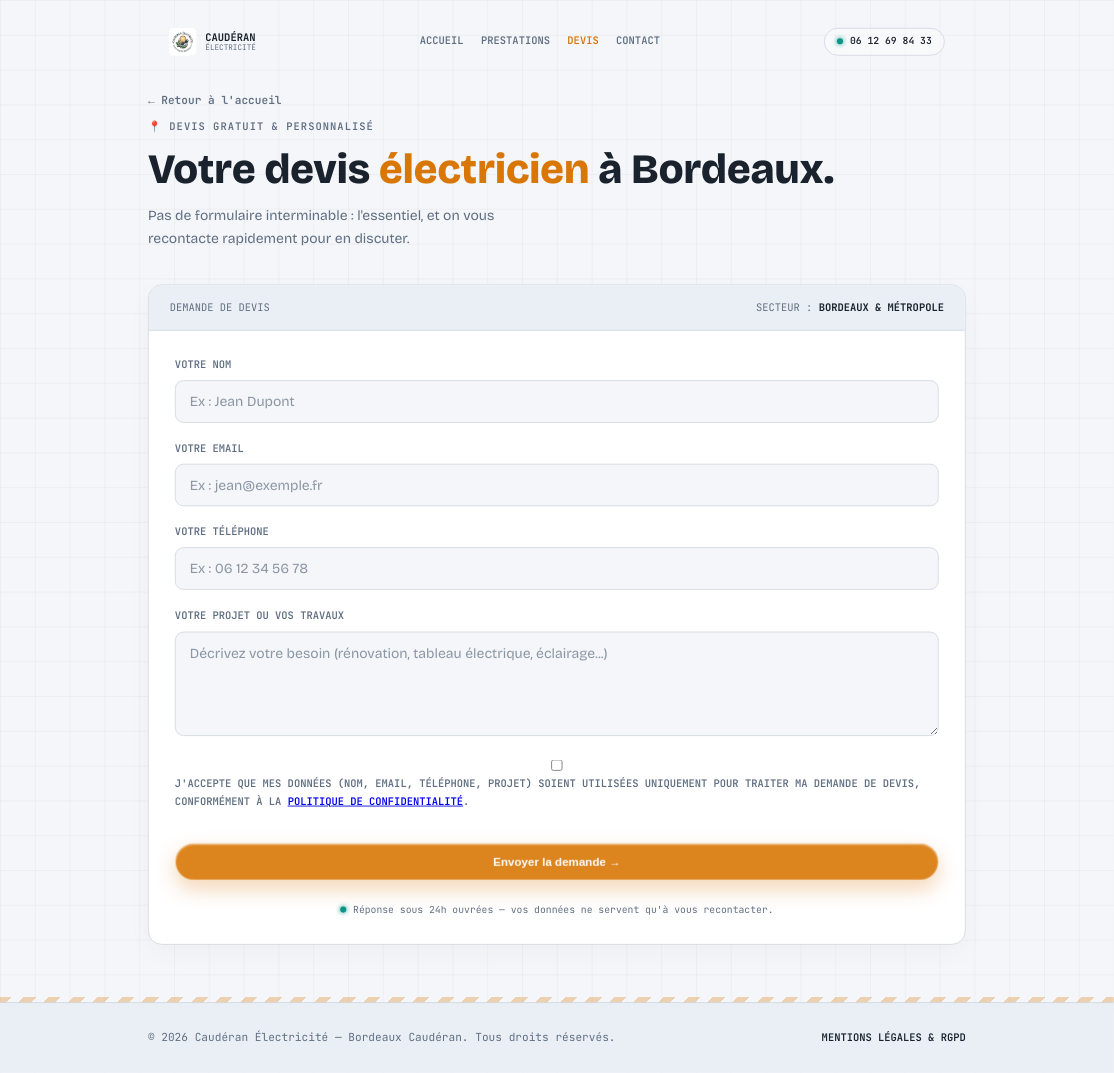
Repository: cauderanelectricite/cauderanelectricite.github.io
Page: devis.html
The author's editor kept a copy of each file at every save. The page is drawn from the files as they stood at one save, then again after the next save.
The browser window is 1280 px wide. The pictures show the whole page, at 87% of full size.

Above is the page before, as saved 2026-09-29 20:44:25.

### devis.html
<!DOCTYPE html>
<html lang="fr">
<head>
  <meta charset="UTF-8" />
  <meta name="viewport" content="width=device-width, initial-scale=1.0" />
  <link rel="stylesheet" href="style.css" />
  <title>Devis électricien gratuit à Bordeaux – Caudéran Électricité</title>
  <meta name="description" content="Demandez votre devis gratuit pour vos travaux électriques à Bordeaux : rénovation, tableau électrique, éclairage. Réponse rapide, sans engagement.">
  <link rel="canonical" href="https://cauderan-electricite.fr/devis.html">
  <meta name="robots" content="index, follow">
  <meta name="theme-color" content="#F4F6F9">

  <meta property="og:type" content="website">
  <meta property="og:locale" content="fr_FR">
  <meta property="og:site_name" content="Caudéran Électricité">
  <meta property="og:title" content="Devis électricien gratuit à Bordeaux – Caudéran Électricité">
  <meta property="og:description" content="Décrivez votre projet électrique, on vous recontacte rapidement. Devis gratuit et sans engagement.">
  <meta property="og:url" content="https://cauderan-electricite.fr/devis.html">
  <meta property="og:image" content="https://cauderan-electricite.fr/logo.png">
  <meta name="twitter:card" content="summary">

  <link rel="icon" type="image/png" href="logo.png">

  <link rel="preconnect" href="https://fonts.googleapis.com">
  <link rel="preconnect" href="https://fonts.gstatic.com" crossorigin>
  <link href="https://fonts.googleapis.com/css2?family=Bricolage+Grotesque:opsz,wght@12..96,400;12..96,600;12..96,700;12..96,800&family=JetBrains+Mono:wght@400;600;700&display=swap" rel="stylesheet">
</head>
<body>

  <header>
    <div class="nav-container">
      <a class="brand" href="index.html">
        <img src="logo.png" alt="Logo Caudéran Électricité" width="32" height="32">
        <span class="brand-name">Caudéran<small>Électricité</small></span>
      </a>
      <nav aria-label="Navigation principale">
        <a href="index.html">Accueil</a>
        <a href="index.html#services">Prestations</a>
        <a href="devis.html" aria-current="page">Devis</a>
        <a href="contact.html">Contact</a>
      </nav>
      <a class="header-cta" href="tel:+33612698433"><span class="led"></span>06 12 69 84 33</a>
    </div>
  </header>

  <main>
    <a href="index.html" class="back-link">← Retour à l'accueil</a>

    <section class="page-head">
      <p class="kicker">📍 Devis gratuit &amp; personnalisé</p>
      <h1>Votre devis <span class="amber">électricien</span> à Bordeaux.</h1>
      <p>Pas de formulaire interminable : l'essentiel, et on vous recontacte rapidement pour en discuter.</p>
    </section>

  <form class="workorder" action="https://api.web3forms.com/submit" method="POST">
  <div class="wo-head">
    <span>Demande de devis</span>
    <span>Secteur : <b>Bordeaux &amp; Métropole</b></span>
  </div>
  <div class="wo-body">
    <input type="hidden" name="access_key" value="96f66776-382f-4ce0-8e90-f4bc872c67bc">
    <input type="hidden" name="subject" value="Nouvelle demande de devis — site Caudéran Électricité">
    <input type="hidden" name="from_name" value="Site Caudéran Électricité">
    <input type="hidden" name="redirect" value="https://cauderan-electricite.fr/merci.html">
    <!-- Honeypot anti-spam (ne pas remplir) -->
    <input type="checkbox" name="botcheck" class="hidden" tabindex="-1">

    <div>
      <label for="name">Votre nom</label>
      <input type="text" id="name" name="name" placeholder="Ex : Jean Dupont" autocomplete="name" required>
    </div>

    <div>
      <label for="email">Votre email</label>
      <input type="email" id="email" name="email" placeholder="Ex : jean@exemple.fr" autocomplete="email" required>
    </div>

    <div>
      <label for="phone">Votre téléphone</label>
      <input type="tel" id="phone" name="phone" placeholder="Ex : 06 12 34 56 78" autocomplete="tel" required>
    </div>

    <div>
      <label for="message">Votre projet ou vos travaux</label>
      <textarea id="message" name="message" placeholder="Décrivez votre besoin (rénovation, tableau électrique, éclairage...)" required></textarea>
    </div>

    <div class="consent">
      <label for="consent-rgpd">
        <input type="checkbox" id="consent-rgpd" name="consentement_rgpd" value="oui" required>
        <span>J'accepte que mes données (nom, email, téléphone, projet) soient utilisées uniquement pour traiter ma demande de devis, conformément à la <a href="mentions-legales.html#rgpd">politique de confidentialité</a>.</span>
      </label>
    </div>

    <button type="submit" class="btn">Envoyer la demande →</button>

    <p class="wo-note"><span class="led"></span> Réponse sous 24h ouvrées — vos données ne servent qu'à vous recontacter.</p>
  </div>
</form>
  </main>

  <div class="hazard" aria-hidden="true"></div>
<!-- Footer -->
<footer>
  <div class="foot-inner">
    <span class="foot-copy">© <span id="year">2025</span> Caudéran Électricité — Bordeaux Caudéran. Tous droits réservés.</span>
    <nav class="foot-nav" aria-label="Liens légaux">
      <a href="mentions-legales.html">Mentions légales &amp; RGPD</a>
    </nav>
  </div>
</footer>

<script>
  document.getElementById('year').textContent = new Date().getFullYear();
</script>

</body>
</html>

### style.css
/* ============================================================
   CAUDÉRAN ÉLECTRICITÉ — Feuille de style unique (toutes pages)
   ============================================================ */

:root {
  --bg: #F4F6F9;
  --panel: #FFFFFF;
  --panel-2: #EAEFF5;
  --line: #D1D9E2;
  --txt: #1A222D;
  --txt-2: #606F82;
  --amber: #D97706;
  --amber-deep: #B45309;
  --amber-soft: rgba(217, 119, 6, .1);
  --teal: #0D9488;
  --font: 'Bricolage Grotesque', sans-serif;
  --mono: 'JetBrains Mono', monospace;
}

*, *::before, *::after {
  margin: 0; padding: 0; box-sizing: border-box;
}

html {
  scroll-behavior: smooth;
  scroll-padding-top: 110px; /* évite que le header sticky cache les ancres */
}

@media (prefers-reduced-motion: reduce) {
  html { scroll-behavior: auto; }
  *, *::before, *::after {
    transition: none !important;
    animation: none !important;
  }
}

body {
  background-color: var(--bg);
  color: var(--txt);
  font-family: var(--font);
  line-height: 1.6;
  min-height: 100vh;
  display: flex;
  flex-direction: column;
  background-size: 40px 40px;
  background-image:
    linear-gradient(to right, rgba(0, 0, 0, 0.03) 1px, transparent 1px),
    linear-gradient(to bottom, rgba(0, 0, 0, 0.03) 1px, transparent 1px);
}

:focus-visible {
  outline: 2px solid var(--amber);
  outline-offset: 3px;
  border-radius: 4px;
}

.amber { color: var(--amber); }

/* ---------- Utilitaire Liquid Glass ---------- */
.liquid-glass {
  background: rgba(255, 255, 255, 0.45);
  backdrop-filter: blur(25px) saturate(180%);
  -webkit-backdrop-filter: blur(25px) saturate(180%);
  border: 1px solid rgba(255, 255, 255, 0.7);
  border-top-color: rgba(255, 255, 255, 0.9);
  box-shadow:
    0 15px 35px rgba(0, 0, 0, 0.06),
    inset 0 1px 2px rgba(255, 255, 255, 0.8),
    inset 0 -2px 6px rgba(0, 0, 0, 0.03);
  transition: all 0.3s cubic-bezier(0.16, 1, 0.3, 1);
}

.liquid-glass:hover {
  background: rgba(255, 255, 255, 0.65);
  border-color: rgba(255, 255, 255, 1);
  box-shadow:
    0 20px 40px rgba(0, 0, 0, 0.08),
    inset 0 1px 3px rgba(255, 255, 255, 1),
    inset 0 -2px 8px rgba(0, 0, 0, 0.04);
}

/* ---------- Header flottant ---------- */
header {
  position: sticky;
  top: 20px;
  z-index: 50;
  width: 100%;
  max-width: 1000px;
  margin: 20px auto 0 auto;
  padding: 0 30px;
}

.nav-container {
  display: flex;
  align-items: center;
  justify-content: space-between;
  gap: 20px;
  padding: 12px 24px;
  border-radius: 999px;
}

.brand {
  display: flex;
  align-items: center;
  gap: 10px;
  text-decoration: none;
  color: var(--txt);
  flex-shrink: 0;
}

.brand img {
  width: 32px;
  height: 32px;
  object-fit: contain;
  background: var(--panel); /* typo --pannel corrigée */
  border-radius: 6px;
  padding: 3px;
}

.brand-name {
  font-family: var(--mono);
  font-size: 0.75rem;
  font-weight: 700;
  text-transform: uppercase;
  line-height: 1.2;
}

.brand-name small {
  display: block;
  color: var(--txt-2);
  font-size: 0.55rem;
  font-weight: 400;
}

nav {
  display: flex;
  gap: 20px;
}

nav a {
  font-family: var(--mono);
  font-size: 0.75rem;
  font-weight: 600;
  text-transform: uppercase;
  color: var(--txt-2);
  text-decoration: none;
  transition: color 0.2s;
}

nav a:hover { color: var(--txt); }
nav a[aria-current="page"] { color: var(--amber); }

.header-cta {
  display: flex;
  align-items: center;
  gap: 8px;
  font-family: var(--mono);
  font-size: 0.7rem;
  font-weight: 600;
  color: var(--txt);
  text-decoration: none;
  border: 1px solid var(--line);
  border-radius: 999px;
  padding: 6px 14px;
  background: rgba(255, 255, 255, 0.4);
  transition: all 0.2s;
  flex-shrink: 0;
}

.header-cta:hover {
  border-color: var(--amber);
  background: var(--amber-soft);
}

.led {
  width: 7px;
  height: 7px;
  border-radius: 50%;
  background: var(--teal);
  box-shadow: 0 0 6px var(--teal);
}

/* ---------- Boutons ---------- */
.btn {
  display: inline-flex;
  align-items: center;
  justify-content: center;
  gap: 8px;
  padding: 13px 24px;
  border-radius: 999px;
  border: 1px solid rgba(255, 255, 255, 0.6);
  background: rgba(217, 119, 6, 0.9); /* amber unifié avec --amber */
  color: #fff;
  font-weight: 700;
  text-decoration: none;
  backdrop-filter: blur(15px) saturate(180%);
  -webkit-backdrop-filter: blur(15px) saturate(180%);
  box-shadow:
    0 10px 25px rgba(217, 119, 6, 0.3),
    inset 0 1px 2px rgba(255, 255, 255, 0.5);
  transition: all 0.3s cubic-bezier(0.16, 1, 0.3, 1);
  cursor: pointer;
}

.btn:hover {
  background: var(--amber-deep);
  transform: translateY(-2px);
  box-shadow:
    0 15px 30px rgba(217, 119, 6, 0.4),
    inset 0 1px 3px rgba(255, 255, 255, 0.8);
}

.btn-ghost {
  display: inline-flex;
  align-items: center;
  justify-content: center;
  gap: 8px;
  padding: 13px 22px;
  border-radius: 999px;
  background: rgba(255, 255, 255, 0.4);
  border: 1px solid rgba(255, 255, 255, 0.7);
  color: var(--txt);
  font-family: var(--mono);
  font-size: 0.85rem;
  font-weight: 600;
  text-decoration: none;
  backdrop-filter: blur(20px) saturate(180%);
  -webkit-backdrop-filter: blur(20px) saturate(180%);
  transition: all 0.3s cubic-bezier(0.16, 1, 0.3, 1);
}

.btn-ghost:hover {
  background: rgba(255, 255, 255, 0.65);
  border-color: rgba(255, 255, 255, 1);
  transform: translateY(-2px);
}

/* ---------- Structure générale ---------- */
main {
  width: 100%;
  max-width: 1000px;
  margin: 0 auto;
  flex: 1;
  padding: 0 30px;
}

.section { padding: 60px 0; }

.section h2 {
  font-size: clamp(2rem, 4vw, 2.5rem);
  font-weight: 800;
  line-height: 1.1;
  margin-bottom: 10px;
}

.section-lead {
  color: var(--txt-2);
  margin-bottom: 30px;
  max-width: 50ch;
}

.kicker {
  font-family: var(--mono);
  font-size: 0.75rem;
  font-weight: 600;
  letter-spacing: 0.1em;
  text-transform: uppercase;
  color: var(--amber);
  margin-bottom: 12px;
}

/* ---------- Hero ---------- */
.hero {
  display: grid;
  grid-template-columns: 1.3fr 0.9fr;
  gap: 40px;
  align-items: center;
  padding: 60px 0;
}

.hero h1 {
  font-size: clamp(2.3rem, 4.5vw, 3.8rem);
  font-weight: 800;
  line-height: 1.1;
}

.hero-sub {
  margin: 20px 0 30px;
  color: var(--txt-2);
  font-size: 1.05rem;
  max-width: 45ch;
}

.hero-actions {
  display: flex;
  gap: 14px;
  flex-wrap: wrap;
}

/* Fiche spec */
.spec {
  border-radius: 16px;
  padding: 8px 22px;
  font-family: var(--mono);
  /* pas de background ici : .liquid-glass s'en charge */
}

.spec-row {
  display: flex;
  justify-content: space-between;
  align-items: center;
  padding: 14px 0;
  border-bottom: 1px dashed var(--line);
  font-size: 0.8rem;
}

.spec-row:last-child { border-bottom: none; }
.spec-row span { color: var(--txt-2); }
.spec-row strong { font-weight: 600; }

/* ---------- Services (cartes) ---------- */
.services {
  list-style: none;
  display: grid;
  gap: 16px;
}

.service-card-link {
  display: flex;
  justify-content: space-between;
  align-items: center;
  gap: 20px;
  padding: 24px 28px;
  border-radius: 20px;
  text-decoration: none;
  color: inherit;
}

.service-card-link:hover { transform: translateY(-2px); }

.service-number {
  display: block;
  font-family: var(--mono);
  font-size: 0.75rem;
  font-weight: 700;
  color: var(--amber);
  letter-spacing: 0.1em;
  margin-bottom: 8px;
}

.services h3 {
  font-size: 1.2rem;
  margin-bottom: 6px;
}

.services p {
  color: var(--txt-2);
  font-size: 0.92rem;
  max-width: 60ch;
}

.arrow {
  font-size: 1.2rem;
  color: var(--txt-2);
  transition: transform 0.2s, color 0.2s;
  flex-shrink: 0;
}

.service-card-link:hover .arrow {
  transform: translateX(6px);
  color: var(--amber);
}

/* ---------- À propos ---------- */
.about {
  display: grid;
  grid-template-columns: 0.9fr 1.1fr;
  gap: 40px;
  align-items: center;
}

.portrait {
  width: 100%;
  max-width: 380px;
  aspect-ratio: 4 / 5;
  border-radius: 20px;
  overflow: hidden;
  margin: 0 auto;
}

.portrait img {
  width: 100%;
  height: 100%;
  object-fit: cover;
  display: block;
}

.about-copy p {
  color: var(--txt-2);
  margin-bottom: 14px;
  max-width: 55ch;
}

/* ---------- Réalisations ---------- */
.project-grid {
  display: grid;
  grid-template-columns: repeat(3, 1fr);
  gap: 20px;
}

.project-card {
  border-radius: 20px;
  overflow: hidden;
}

.project-card:hover { transform: translateY(-3px); }

.project-image {
  position: relative;
  aspect-ratio: 4 / 3;
}

.project-image img {
  width: 100%;
  height: 100%;
  object-fit: cover;
  display: block;
}

.demo-badge {
  position: absolute;
  top: 12px;
  left: 12px;
  font-family: var(--mono);
  font-size: 0.65rem;
  font-weight: 600;
  text-transform: uppercase;
  letter-spacing: 0.05em;
  background: rgba(26, 34, 45, 0.8);
  color: #fff;
  padding: 5px 10px;
  border-radius: 999px;
  backdrop-filter: blur(8px);
  -webkit-backdrop-filter: blur(8px);
}

.project-content { padding: 20px; }

.project-category {
  font-family: var(--mono);
  font-size: 0.7rem;
  font-weight: 600;
  text-transform: uppercase;
  letter-spacing: 0.08em;
  color: var(--amber);
}

.project-content h3 {
  margin: 8px 0 6px;
  font-size: 1.15rem;
}

.project-content p {
  color: var(--txt-2);
  font-size: 0.9rem;
}

/* ---------- Avis clients ---------- */
.testimonial-grid {
  display: grid;
  grid-template-columns: repeat(3, 1fr);
  gap: 20px;
}

.testimonial {
  border-radius: 20px;
  padding: 24px;
}

.stars {
  color: var(--amber);
  letter-spacing: 3px;
  margin-bottom: 12px;
}

.testimonial blockquote {
  font-size: 0.95rem;
}

.testimonial cite {
  display: block;
  margin-top: 14px;
  font-style: normal;
  font-family: var(--mono);
  font-size: 0.75rem;
  color: var(--txt-2);
}

/* ---------- Zone d'intervention ---------- */
.area {
  display: grid;
  grid-template-columns: 1.2fr 0.8fr;
  gap: 40px;
  align-items: center;
}

.area-copy p {
  color: var(--txt-2);
  max-width: 45ch;
}

.area-list {
  display: flex;
  flex-wrap: wrap;
  gap: 10px;
  margin-top: 20px;
}

.area-list span {
  font-family: var(--mono);
  font-size: 0.75rem;
  font-weight: 600;
  border: 1px solid var(--line);
  background: var(--panel);
  padding: 8px 14px;
  border-radius: 999px;
}

.map-placeholder {
  aspect-ratio: 1;
  width: min(100%, 320px);
  margin: 0 auto;
  border-radius: 24px;
  display: flex;
  flex-direction: column;
  align-items: center;
  justify-content: center;
  gap: 6px;
  text-align: center;
  font-size: 2rem;
}

.map-placeholder strong { font-size: 1rem; }

.map-placeholder small {
  font-family: var(--mono);
  font-size: 0.7rem;
  color: var(--txt-2);
  text-transform: uppercase;
}

/* ---------- CTA finale (verre fumé lisible) ---------- */
.cta.liquid-glass {
  border-radius: 24px;
  padding: 44px;
  margin: 20px 0 60px;
  display: flex;
  justify-content: space-between;
  align-items: center;
  gap: 24px;
  flex-wrap: wrap;
  background: rgba(26, 34, 45, 0.88);
  border-color: rgba(255, 255, 255, 0.25);
  border-top-color: rgba(255, 255, 255, 0.35);
  color: #fff;
}

.cta.liquid-glass:hover {
  background: rgba(26, 34, 45, 0.92);
  border-color: rgba(255, 255, 255, 0.35);
}

.cta .kicker { color: #FBBF24; }

.cta h2 {
  font-size: 1.8rem;
  font-weight: 800;
  line-height: 1.1;
}

.cta p {
  margin-top: 8px;
  color: rgba(255, 255, 255, 0.85);
  max-width: 45ch;
}

.cta .btn {
  background: var(--amber);
}

.cta .btn:hover {
  background: var(--amber-deep);
}

.cta .btn-ghost {
  background: rgba(255, 255, 255, 0.08);
  border-color: rgba(255, 255, 255, 0.3);
  color: #fff;
}

.cta .btn-ghost:hover {
  background: rgba(255, 255, 255, 0.18);
  border-color: rgba(255, 255, 255, 0.5);
}

.cta-actions {
  display: flex;
  gap: 14px;
  flex-wrap: wrap;
}

/* ---------- Bande hazard & Footer ---------- */
.hazard {
  height: 6px;
  background: repeating-linear-gradient(-45deg, var(--amber) 0 10px, transparent 10px 20px);
  opacity: 0.3;
}

footer {
  background: var(--panel-2);
  border-top: 1px solid var(--line);
}

.foot-inner {
  max-width: 1000px;
  margin: 0 auto;
  padding: 30px;
  display: flex;
  justify-content: space-between;
  align-items: center;
  gap: 20px;
  flex-wrap: wrap;
}

.foot-copy {
  font-family: var(--mono);
  font-size: 0.8rem;
  color: var(--txt-2);
}

.foot-nav {
  display: flex;
  gap: 15px;
}

.foot-nav a {
  font-family: var(--mono);
  font-size: 0.75rem;
  color: var(--txt);
  text-decoration: none;
  text-transform: uppercase;
  transition: color 0.2s;
}

.foot-nav a:hover { color: var(--amber); }

/* ============================================================
   PAGE DEVIS — Formulaire "Bon d'intervention"
   ============================================================ */

.back-link {
  background: none;
  border: none;
  font-family: var(--mono);
  font-size: 0.8rem;
  font-weight: 600;
  color: var(--txt-2);
  cursor: pointer;
  margin: 30px 0 10px 0;
  display: inline-block;
  transition: color 0.2s;
  text-decoration: none;
}

.back-link:hover { color: var(--amber); }

.page-head { margin-bottom: 40px; }

.page-head h1 {
  font-size: clamp(2rem, 4vw, 3rem);
  font-weight: 800;
  line-height: 1.1;
  margin: 10px 0 15px 0;
}

.page-head p {
  color: var(--txt-2);
  max-width: 45ch;
}

.workorder {
  background: var(--panel);
  border: 1px solid var(--line);
  border-radius: 16px;
  overflow: hidden;
  box-shadow: 0 10px 30px rgba(0, 0, 0, 0.03);
  margin-bottom: 60px;
}

.wo-head {
  background: var(--panel-2);
  border-bottom: 1px solid var(--line);
  padding: 16px 24px;
  display: flex;
  justify-content: space-between;
  align-items: center;
  font-family: var(--mono);
  font-size: 0.75rem;
  color: var(--txt-2);
  text-transform: uppercase;
}

.wo-head b { color: var(--txt); }

.wo-body {
  padding: 30px;
  display: flex;
  flex-direction: column;
  gap: 20px;
}

.wo-body label {
  display: block;
  font-family: var(--mono);
  font-size: 0.75rem;
  font-weight: 600;
  color: var(--txt-2);
  margin-bottom: 8px;
  text-transform: uppercase;
}

.wo-body input,
.wo-body textarea {
  width: 100%;
  padding: 14px 16px;
  background: var(--bg);
  border: 1px solid var(--line);
  border-radius: 10px;
  font-family: var(--font);
  font-size: 1rem;
  color: var(--txt);
  outline: none;
  transition: border-color 0.2s, background 0.2s;
}

.wo-body input::placeholder,
.wo-body textarea::placeholder {
  color: var(--txt-2);
  opacity: 0.7;
}

.wo-body input:focus,
.wo-body textarea:focus {
  border-color: var(--amber);
  background: var(--panel);
}

.wo-body textarea {
  resize: vertical;
  min-height: 120px;
}

.wo-body .btn {
  width: 100%;
  margin-top: 10px;
}

.wo-note {
  display: flex;
  align-items: center;
  justify-content: center;
  gap: 8px;
  font-family: var(--mono);
  font-size: 0.7rem;
  color: var(--txt-2);
  text-align: center;
  margin-top: 5px;
}

/* ============================================================
   PAGE CONTACT
   ============================================================ */

.contact-grid {
  display: grid;
  grid-template-columns: 1.3fr 0.9fr;
  gap: 30px;
  align-items: stretch;
  margin-bottom: 40px;
}

.contact-primary {
  display: flex;
  flex-direction: column;
  gap: 20px;
}

.contact-big {
  background: var(--panel);
  border: 1px solid var(--line);
  border-radius: 12px;
  padding: 24px;
  text-decoration: none;
  color: var(--txt);
  display: flex;
  flex-direction: column;
  gap: 6px;
  font-family: var(--mono);
  font-size: 1.25rem;
  font-weight: 700;
  box-shadow: 0 4px 12px rgba(0, 0, 0, 0.03);
  transition: border-color 0.2s, transform 0.2s, background 0.2s;
}

.contact-big small {
  font-size: 0.75rem;
  font-weight: 600;
  color: var(--txt-2);
  text-transform: uppercase;
  letter-spacing: 0.05em;
}

.contact-big:hover {
  border-color: var(--amber);
  background: var(--amber-soft);
  transform: translateY(-2px);
}

/* ============================================================
   PAGE MENTIONS LÉGALES & RGPD
   ============================================================ */

.legal-content {
  background: var(--panel);
  border: 1px solid var(--line);
  border-radius: 16px;
  padding: 40px;
  box-shadow: 0 10px 30px rgba(0, 0, 0, 0.03);
  margin-bottom: 60px;
  display: flex;
  flex-direction: column;
  gap: 30px;
}

.legal-section h3 {
  font-family: var(--mono);
  font-size: 0.9rem;
  font-weight: 700;
  text-transform: uppercase;
  color: var(--amber);
  margin-bottom: 12px;
  letter-spacing: 0.05em;
  display: flex;
  align-items: center;
  gap: 8px;
}

.legal-section p,
.legal-section ul {
  color: var(--txt-2);
  font-size: 0.95rem;
  line-height: 1.7;
}

.legal-section ul {
  list-style: disc;
  padding-left: 20px;
  margin-top: 8px;
}

.legal-section li { margin-bottom: 6px; }

.legal-section strong { color: var(--txt); }

.hidden { display: none; }

/* ============================================================
   RESPONSIVE
   ============================================================ */

@media (max-width: 768px) {
  header {
    padding: 0 16px;
    top: 12px;
  }

  main { padding: 0 16px; }

  /* Nav visible sur mobile (wrap au lieu de display:none) */
  .nav-container {
    flex-wrap: wrap;
    justify-content: center;
    border-radius: 24px;
    row-gap: 12px;
  }

  nav {
    order: 3;
    width: 100%;
    justify-content: center;
    padding-top: 12px;
    border-top: 1px dashed var(--line);
  }

  .hero,
  .about,
  .area,
  .contact-grid {
    grid-template-columns: 1fr;
  }

  .hero { padding: 44px 0; }
  .section { padding: 44px 0; }

  .project-grid,
  .testimonial-grid {
    grid-template-columns: 1fr;
  }

  .cta.liquid-glass {
    flex-direction: column;
    align-items: flex-start;
    padding: 32px;
  }

  .cta-actions {
    width: 100%;
    flex-direction: column;
  }

  .cta-actions .btn,
  .cta-actions .btn-ghost {
    width: 100%;
  }

  .wo-body { padding: 20px; }
  .legal-content { padding: 24px; }
}

After the next save:
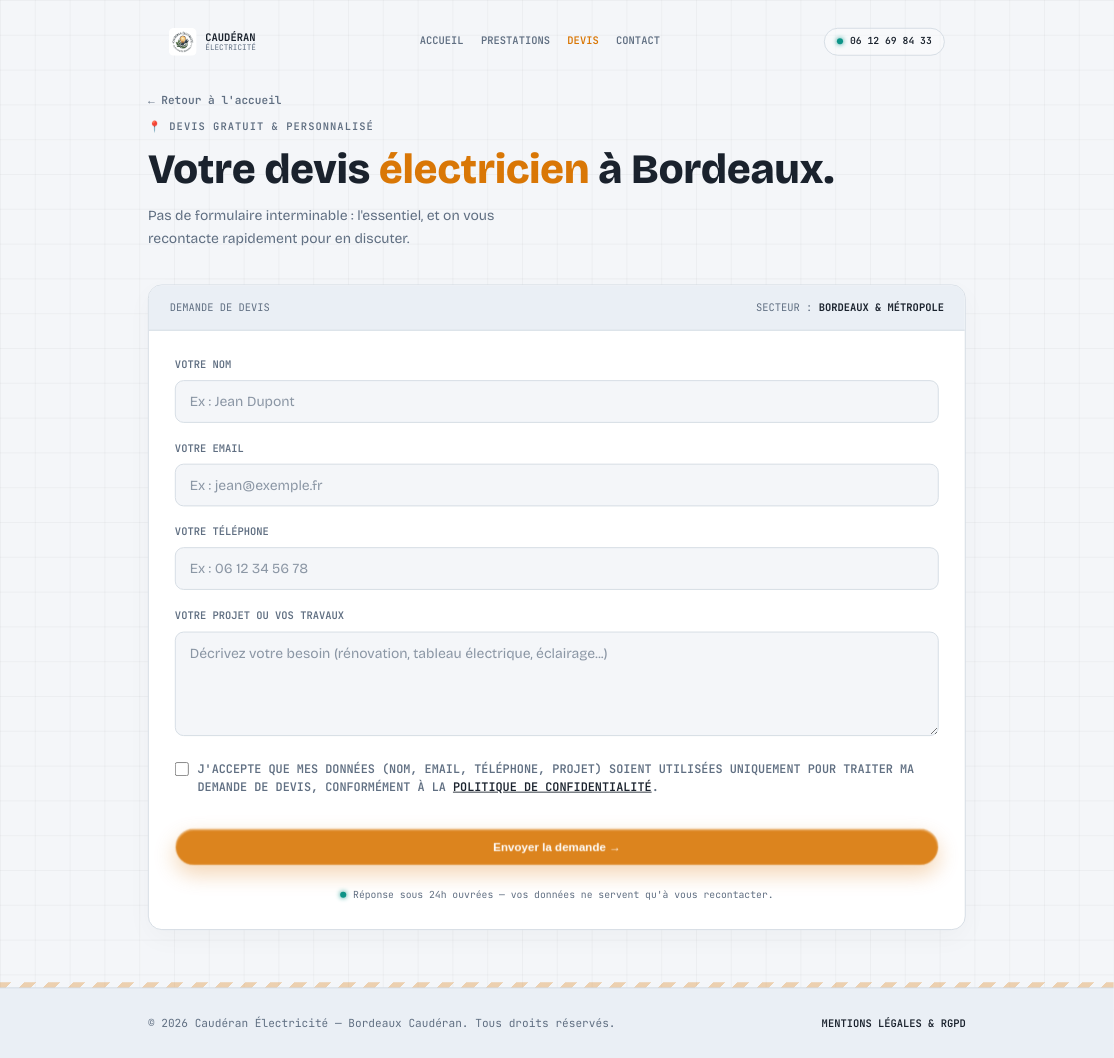
Saved 13 s later.
--- a/style.css
+++ b/style.css
@@ -936,3 +936,23 @@ footer {
   .wo-body { padding: 20px; }
   .legal-content { padding: 24px; }
 }
+
+/* Consentement RGPD — devis */
+.workorder .consent label {
+  display: flex;
+  gap: 10px;
+  align-items: flex-start;
+  font-size: 0.85rem;
+  line-height: 1.5;
+  color: var(--txt-2, #666);
+  cursor: pointer;
+  text-align: left;
+}
+.workorder .consent input[type="checkbox"] {
+  flex: none;
+  width: 16px;
+  height: 16px;
+  margin-top: 3px;
+  accent-color: #f0b429;
+}
+.workorder .consent a { color: var(--txt, #111); }
